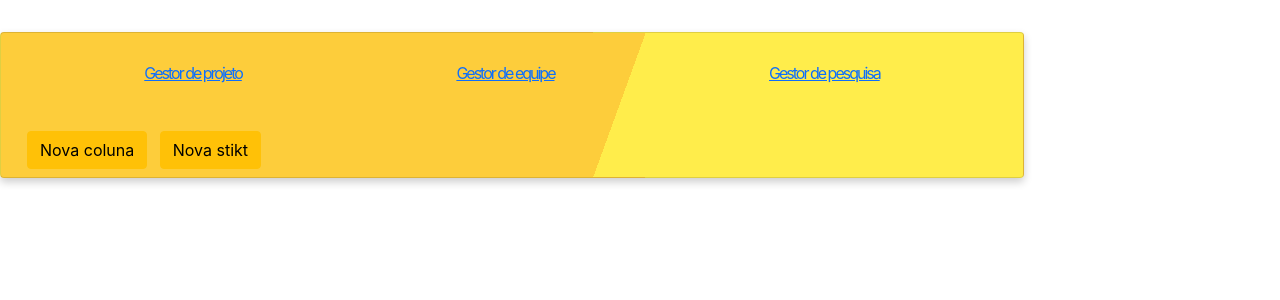
Repository: shadowruge/kanban
Page: index.html
These files come from the project's save history. The page is drawn as it stood at one moment and after the next save; the edit follows.
The browser window is 1280 px wide. The pictures show the whole page.

Above is the page before, as saved 2021-06-12 19:51:48.

After the next save:
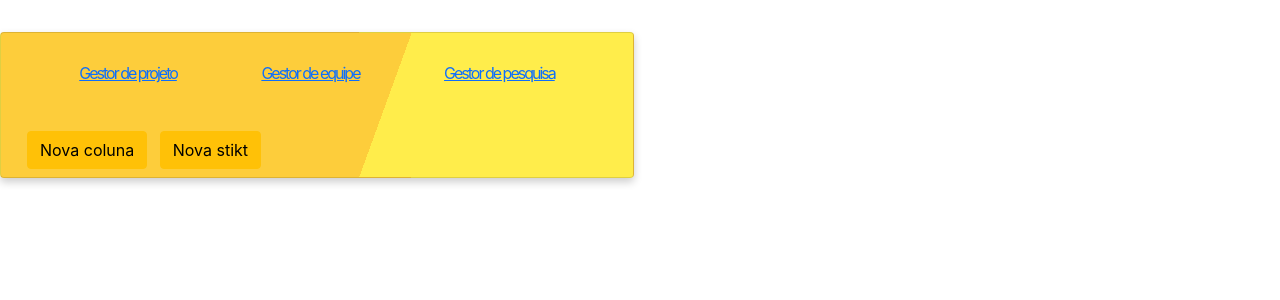
Saved 6 s later.
--- a/style.css
+++ b/style.css
@@ -21,7 +21,7 @@ header{
 
 
 
-  width: 64em;
+
   padding: 0.5em 1em;
   border-radius: 0.25em;
   display: table-cell;
